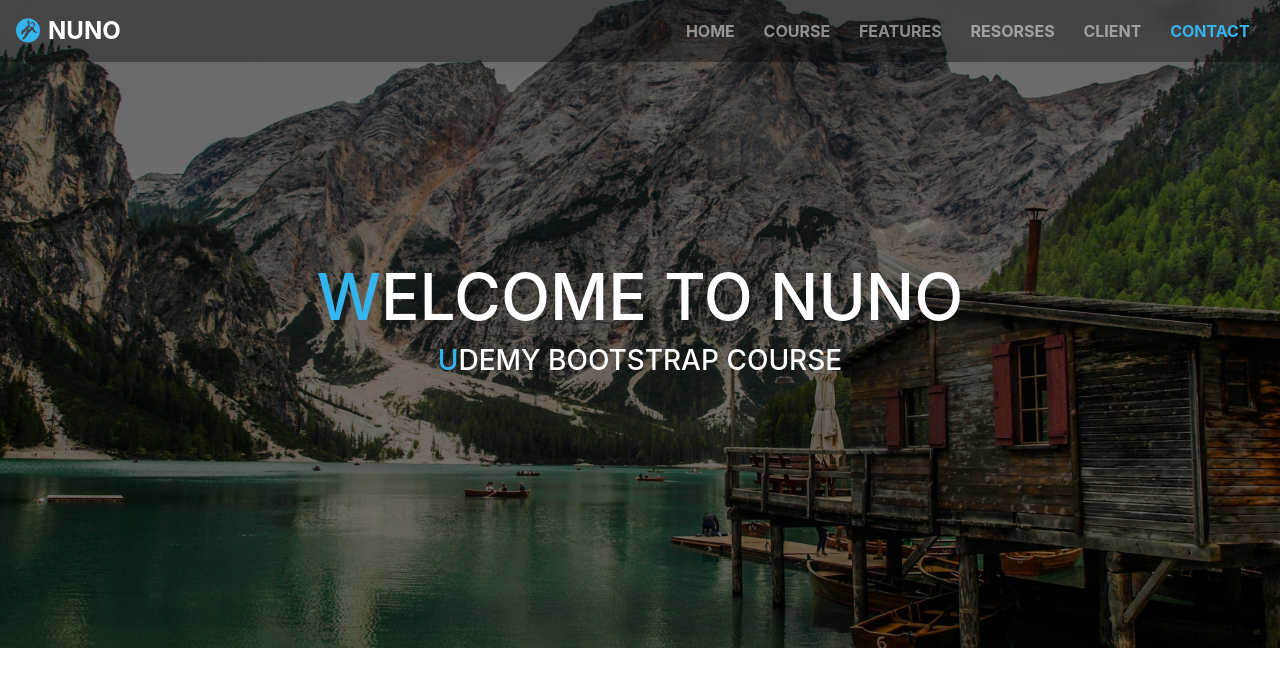
Repository: Mietlicha/bootstrap_template_exercise
Page: index.html
The author's editor kept a copy of each file at every save. The page is drawn from the files as they stood at one save, then again after the next save.
The browser window is 1280 px wide. The pictures show the whole page.

Above is the page before, as saved 2019-11-19 19:05:29.

After the next save:
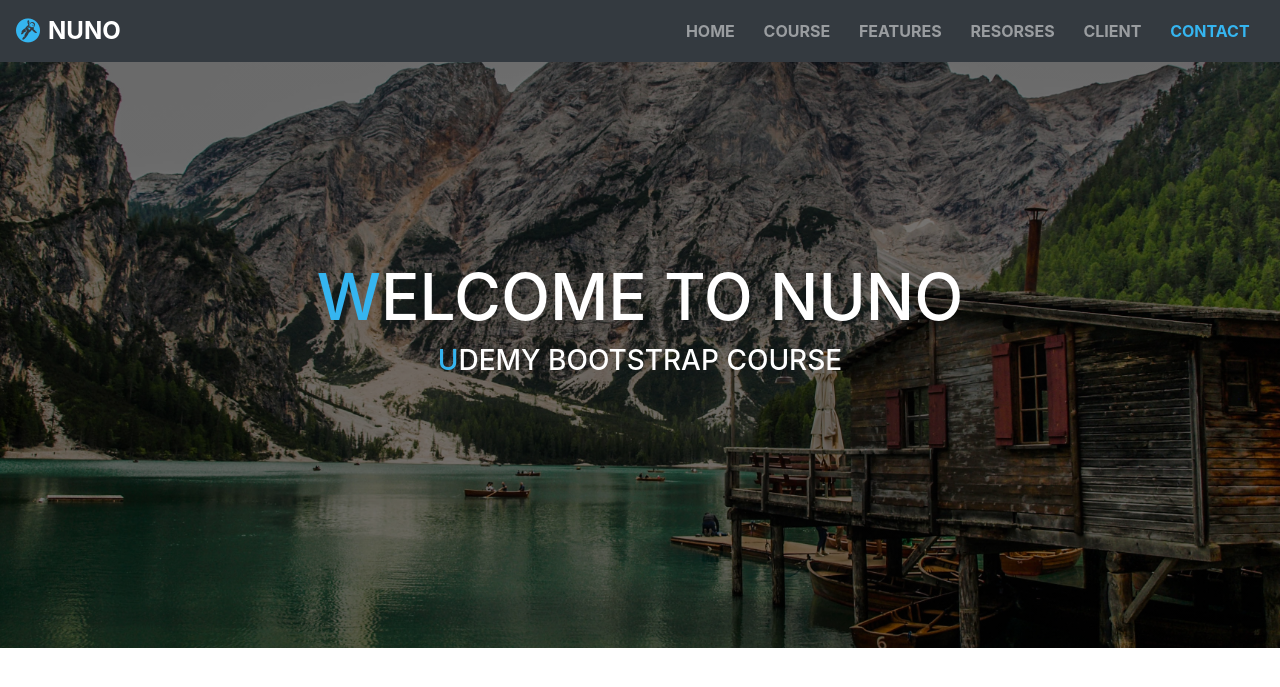
Saved 11 s later.
--- a/style.css
+++ b/style.css
@@ -8,7 +8,7 @@
 
 /************************NAV******************************************/
 .bg-dark {
-    background-color: #0a0a0a60!important;
+    background-color: #0a0a0a60;
 }
 
 .navbar-dark .navbar-nav .nav-link:hover{

After the save that followed:
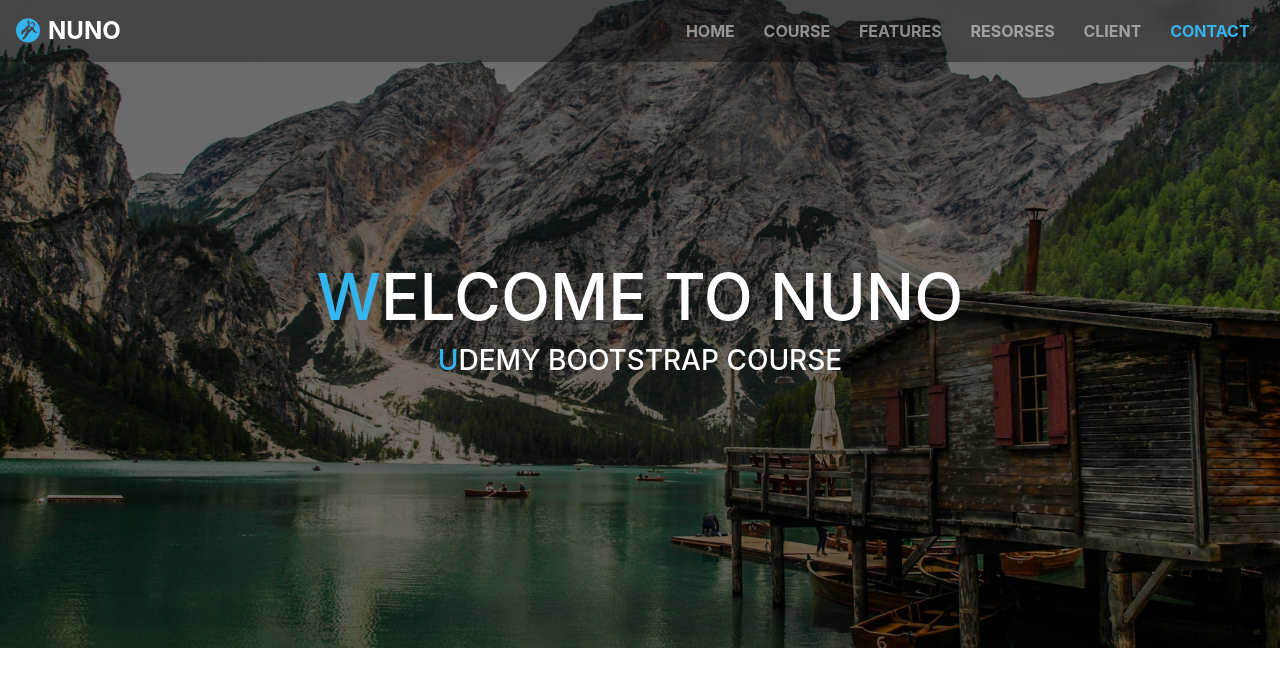
Saved 5 s later.
--- a/style.css
+++ b/style.css
@@ -8,7 +8,7 @@
 
 /************************NAV******************************************/
 .bg-dark {
-    background-color: #0a0a0a60;
+    background-color: #0a0a0a60!important;
 }
 
 .navbar-dark .navbar-nav .nav-link:hover{
